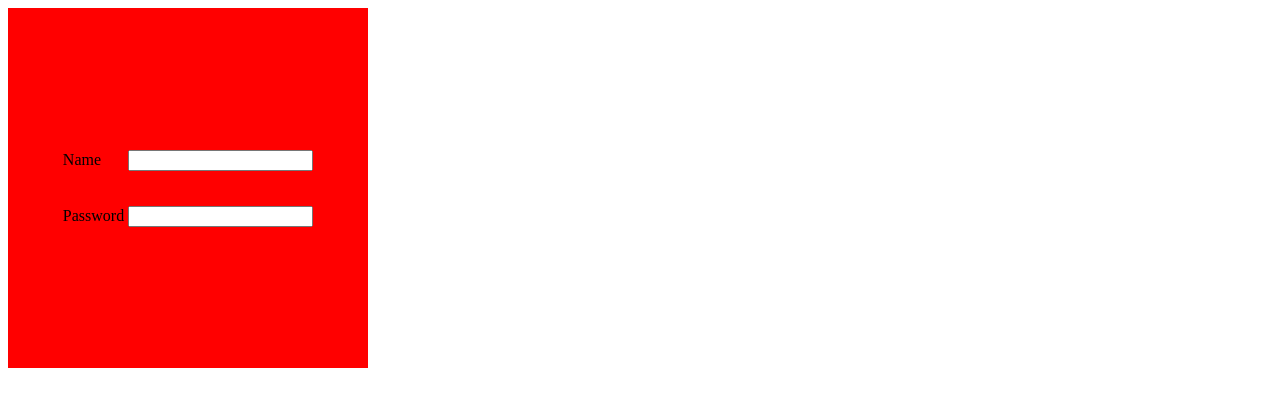
Repository: yash1sh/Java
Page: http://localhost/Servlet_Demo/
An editor plug-in stored every save of this project. The page is shown before and after the next save, followed by the edit.
The browser window is 1280 px wide. The pictures show the whole page.
The page is served by Tomcat 9.

Above is the page before, as saved 2022-05-14 09:41:34.

After the next save:
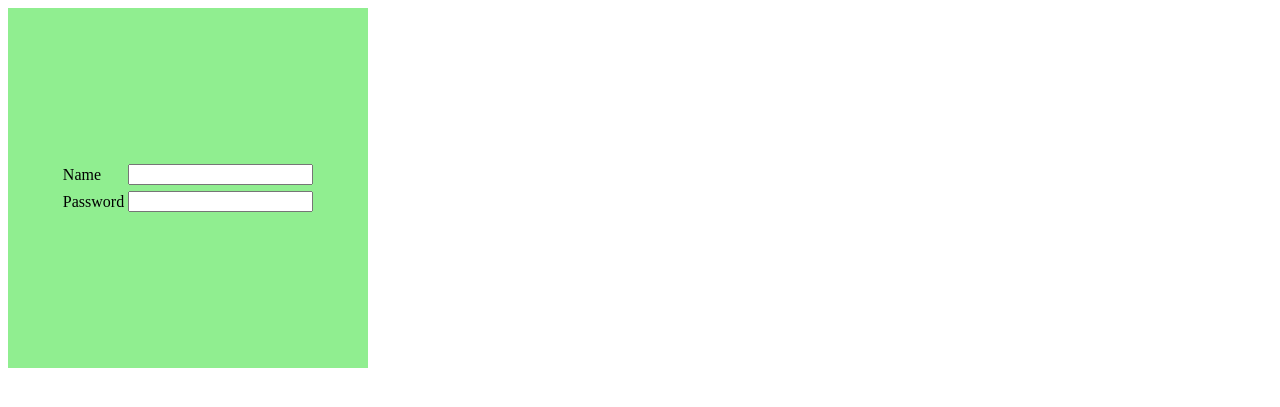
Saved 13 s later.
--- a/Bootcmp/Servlet_Demo/src/main/webapp/indexcss.css
+++ b/Bootcmp/Servlet_Demo/src/main/webapp/indexcss.css
@@ -3,9 +3,8 @@
 	display:flex;
 	justify-content:center;
 	align-items:center;
-	background-color: red;
+	background-color: lightgreen;
 	width:50vh;
 	height:50vh;
 	color:black;
-	line-height: 50px
 }
